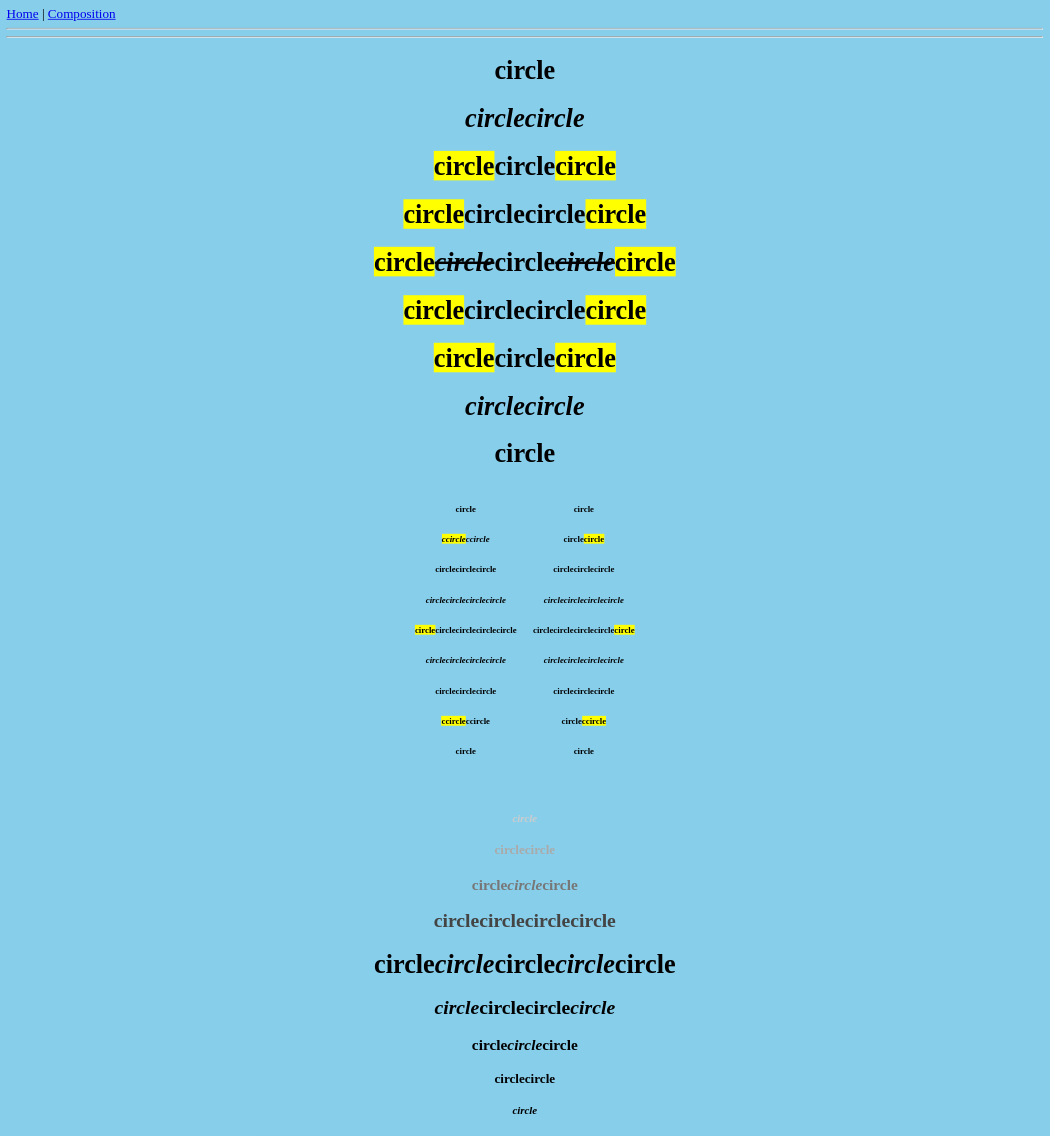
Repository: parkh899/parkh899.github.io
Page: lab/composition2.html
The author's editor kept a record of every edit. The page is drawn from the files as they stood at one moment, then again after the next edit.
The browser window is 1280 px wide. The pictures show the whole page, at 82% of full size.

Above is the page before.

### lab/composition2.html
<html>

<a href = "../index.html">Home</a> | <a href = "index.html">Composition</a>

<br/>
<hr/>
<hr/>

<body bgcolor="skyblue">

<center>

    <h1>circle</h1>
    <h1><i>circlecircle</i></h1>
    <h1><mark>circle</mark>circle<mark>circle</mark></h1>
    <h1><mark>circle</mark>circlecircle<mark>circle</mark></h1>
    <h1><mark>circle</mark><del><i>circle</i></del>circle<del><i>circle</i></del><mark>circle</mark></h1>
    <h1><mark>circle</mark>circlecircle<mark>circle</mark></h1>
    <h1><mark>circle</mark>circle<mark>circle</mark></h1>
    <h1><i>circlecircle</i></h1>
    <h1>circle</h1>

    <br/>

    <table>
        <tr>
            <td>
                <center>
                <h6>circle</h6>
                <h6><i><mark>ccircle</mark>ccircle</i></h6>
                <h6>circlecirclecircle</h6>
                <h6><em>circlecirclecirclecircle</em></h6>
                <h6><strong><mark>circle</mark>circlecirclecirclecircle</strong></h6>
                <h6><em>circlecirclecirclecircle</em></h6>
                <h6>circlecirclecircle</h6>
                <h6><mark>ccircle</mark>ccircle</h6>
                <h6>circle</h6>
                </center>
            </td>
            <td>
                &nbsp;&nbsp;&nbsp;
            </td>
            <td>
                <center>
                <h6>circle</h6>
                <h6>circle<mark>circle</mark></h6>
                <h6>circlecirclecircle</h6>
                <h6><em>circlecirclecirclecircle</em></h6>
                <h6><strong>circlecirclecirclecircle<mark>circle</mark></strong></h6>
                <h6><em>circlecirclecirclecircle</em></h6>
                <h6>circlecirclecircle</h6>
                <h6>circle<mark>ccircle</mark></h6>
                <h6>circle</h6>
                </center>
            </td>
        </tr>

    </table>

    <br/>

    <h5 style="color:#CCCCCC"><i>circle</i></h5>
    <h4 style="color:#AAAAAA">circlecircle</h4>
    <h3 style="color:#777777">circle<i>circle</i>circle</h3>
    <h2 style="color:#444444">circlecirclecirclecircle</h2>
    <h1>circle<i>circle</i>circle<i>circle</i>circle</h1>
    <h2><i>circle</i>circlecircle<i>circle</i></h2>
    <h3>circle<i>circle</i>circle</h3>
    <h4>circlecircle</h4>
    <h5><i>circle</i></h5>


    </center>

    </body>


</html>

After the next edit:
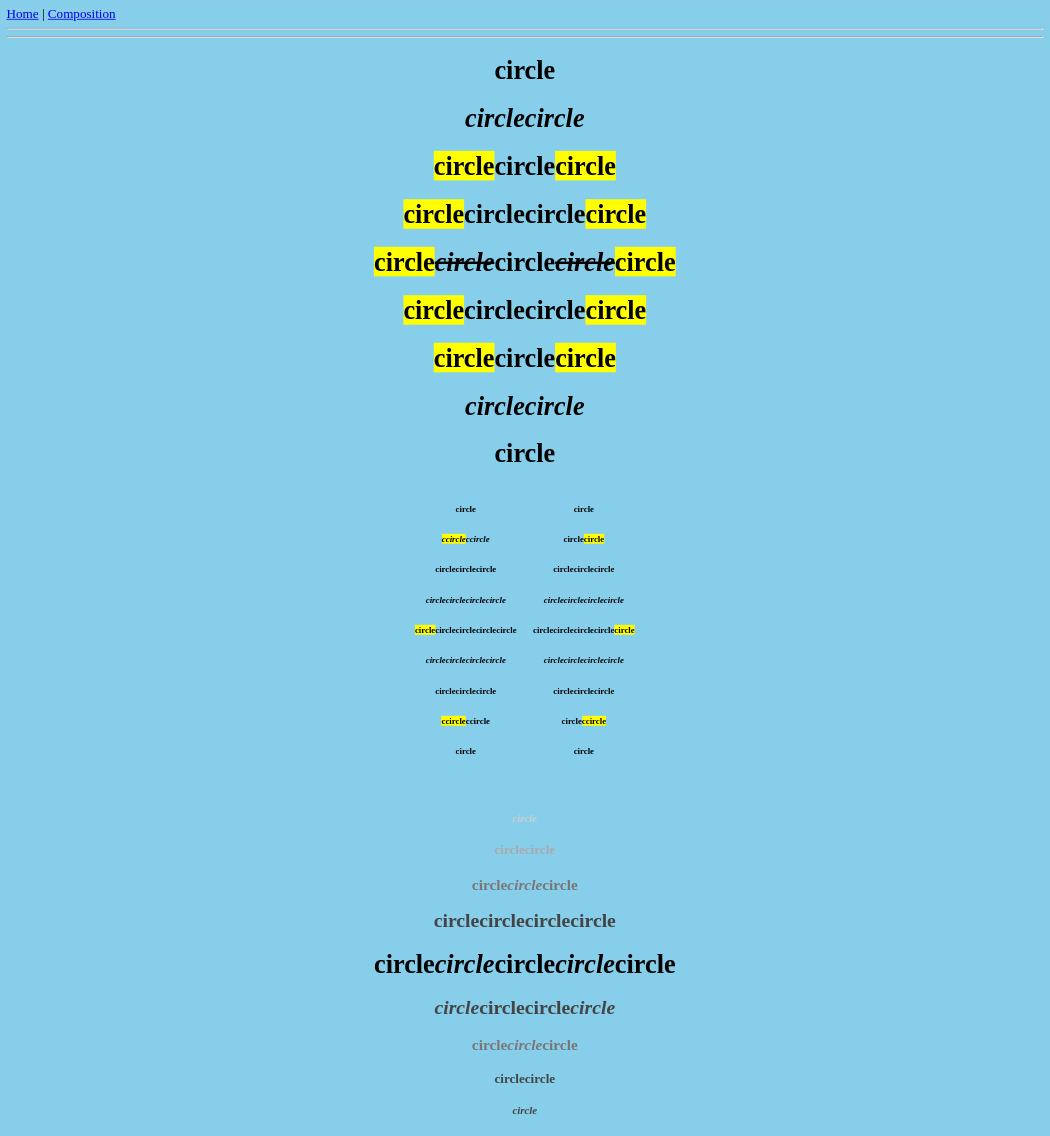
The edit:
--- a/lab/composition2.html
+++ b/lab/composition2.html
@@ -64,10 +64,10 @@
     <h3 style="color:#777777">circle<i>circle</i>circle</h3>
     <h2 style="color:#444444">circlecirclecirclecircle</h2>
     <h1>circle<i>circle</i>circle<i>circle</i>circle</h1>
-    <h2><i>circle</i>circlecircle<i>circle</i></h2>
-    <h3>circle<i>circle</i>circle</h3>
-    <h4>circlecircle</h4>
-    <h5><i>circle</i></h5>
+    <h2 style="color:#444444"><i>circle</i>circlecircle<i>circle</i></h2>
+    <h3 style="color:#777777">circle<i>circle</i>circle</h3>
+    <h4 style="color:#444444">circlecircle</h4>
+    <h5 style="color:#444444"><i>circle</i></h5>
 
 
     </center>
